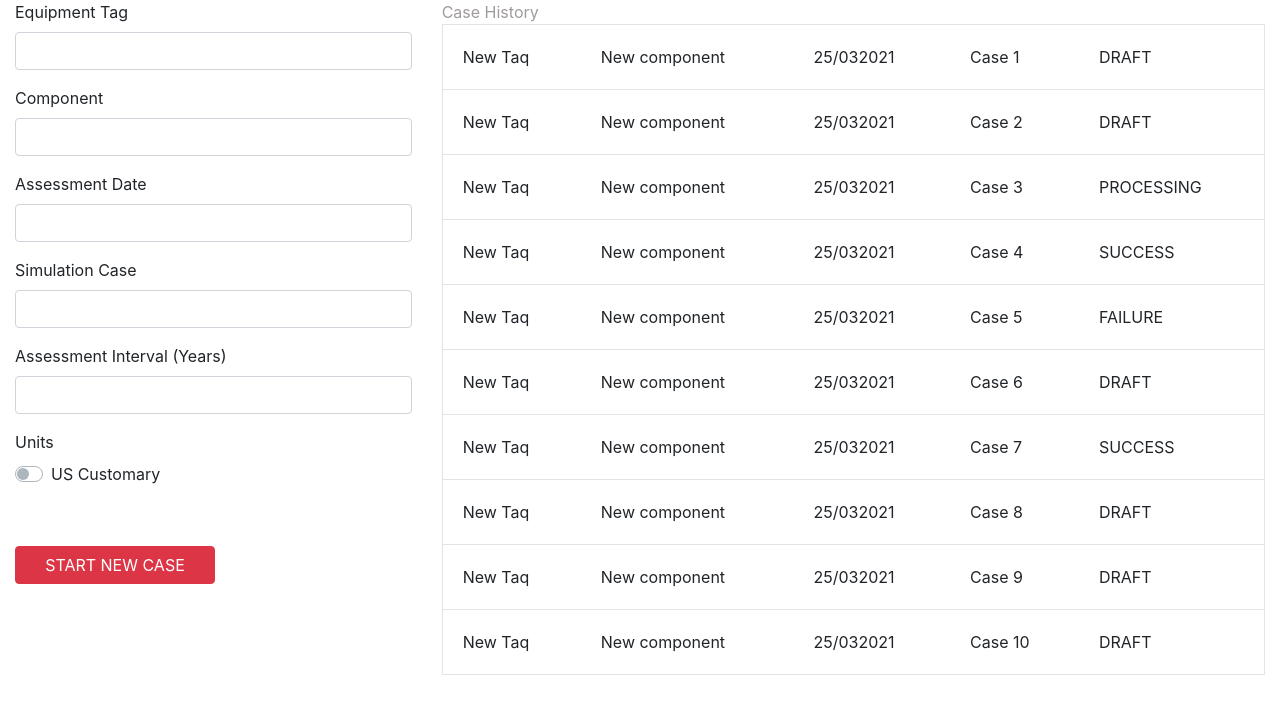
Repository: arif286/dashboard
Page: /
An editor plug-in stored every save of this project. The page is shown before and after the next save, followed by the edit.
The browser window is 1280 px wide. The pictures show the whole page.
The project was rebuilt for these pictures with package versions that can differ from the ones it lists, and the page was loaded fresh each time. The framework's server and built-in components were replaced by stand-ins that run in the browser. Also part of the build but not shown: nuxt.config.js, components/Nav.vue.

Above is the page before, as saved 2021-06-18 19:12:45.

### components/Form.vue
<template>
  <div>
    <form class="Assessment-input" action="">
      <div class="mb-3">
        <label for="Input1" class="form-label">Equipment Tag</label>
        <input id="Input1" type="text" class="form-control">
      </div>
      <div class="mb-3">
        <label for="Input2" class="form-label">Component</label>
        <input id="Input2" type="text" class="form-control">
      </div>
      <div class="mb-3">
        <label for="Input3" class="form-label">Assessment Date</label>
        <input id="Input3" type="text" class="form-control">
      </div>
      <div class="mb-3">
        <label for="Input4" class="form-label">Simulation Case</label>
        <input id="Input4" type="text" class="form-control">
      </div>
      <div class="mb-3">
        <label for="Input5" class="form-label">Assessment Interval (Years)</label>
        <input id="Input5" type="text" class="form-control">
      </div>
      <div>
        <label for="Input5" class="form-label">Units</label>
        <b-form-checkbox v-model="checked" name="check-button" switch>
          US Customary
        </b-form-checkbox>
      </div>
      <b-button class="submit-button" type="submit" variant="danger">
        START NEW CASE
      </b-button>
    </form>
  </div>
</template>
<script>
export default {
  data () {
    return {
      form: {
        email: '',
        name: '',
        food: null,
        checked: []
      },
      foods: [
        { text: 'Select One', value: null },
        'Carrots',
        'Beans',
        'Tomatoes',
        'Corn'
      ],
      show: true,
      checked: false
    }
  },
  methods: {
    onSubmit (event) {
      event.preventDefault()
      alert(JSON.stringify(this.form))
    }
  }
}
</script>
<style>
.submit-button {
  width: 200px;
  margin-top: 60px;
}
.Assessment-input input:focus {
  border-color: red;
  box-shadow: none;
}
</style>

### components/Table.vue
<template>
  <div>
    <p class="title">
      Case History
    </p>
    <table class="w-100 table-border">
      <!-- <thead>
        <tr>
          <th className="text-secondary" scope="col">
            Name
          </th>
          <th className="text-secondary" scope="col">
            Email Id
          </th>
          <th className="text-secondary" scope="col">
            Service
          </th>
          <th className="text-secondary" scope="col">
            pay with
          </th>
          <th className="text-secondary" scope="col">
            status
          </th>
        </tr>
      </thead> -->
      <tbody>
        <tr v-for="item in data" :key="item.id">
          <td>{{ item.equipmentTag }}</td>
          <td>{{ item.component }}</td>
          <td>{{ item.assessmentDate }}</td>
          <td>Case {{ item.case }}</td>
          <td>{{ item.status }}</td>
        </tr>
      </tbody>
    </table>
  </div>
</template>

<script>
export default {
  props: {
    data: {
      type: Array,
      required: true
    }
  }
}
</script>
<style scoped>

.table-border tr{
 border: 1px solid #e6e2e2;
}
.table-border td{
  padding: 20px;
}
.title{
  margin-bottom: 0px;
  color: #a09b9b;
}
</style>

### pages/index.vue
<template>
  <div class="container">
    <div class="row">
      <div class="col-4">
        <Form />
      </div>
      <div class="col-8">
        <Table :data="dashboardData" />
      </div>
    </div>
  </div>
</template>

<script>
import { dashboardData } from '@/assets/dashboard.js'
// eslint-disable-next-line semi
export default {
  data () {
    return { dashboardData }
  }
}
</script>

<style>
.container {
  max-width: 1760px;
}
</style>

### assets/dashboard.js
export const dashboardData = [
  {
    id: 1,
    equipmentTag: 'New Taq',
    component: 'New component',
    assessmentDate: '25/032021',
    case: 1,
    status: 'DRAFT'
  },
  {
    id: 2,
    equipmentTag: 'New Taq',
    component: 'New component',
    assessmentDate: '25/032021',
    case: 2,
    status: 'DRAFT'
  },
  {
    id: 3,
    equipmentTag: 'New Taq',
    component: 'New component',
    assessmentDate: '25/032021',
    case: 3,
    status: 'PROCESSING',
    copy: true
  },
  {
    id: 4,
    equipmentTag: 'New Taq',
    component: 'New component',
    assessmentDate: '25/032021',
    case: 4,
    status: 'SUCCESS',
    copy: true
  },
  {
    id: 5,
    equipmentTag: 'New Taq',
    component: 'New component',
    assessmentDate: '25/032021',
    case: 5,
    status: 'FAILURE',
    copy: true
  },
  {
    id: 6,
    equipmentTag: 'New Taq',
    component: 'New component',
    assessmentDate: '25/032021',
    case: 6,
    status: 'DRAFT'
  },
  {
    id: 7,
    equipmentTag: 'New Taq',
    component: 'New component',
    assessmentDate: '25/032021',
    case: 7,
    status: 'SUCCESS',
    copy: true
  },
  {
    id: 8,
    equipmentTag: 'New Taq',
    component: 'New component',
    assessmentDate: '25/032021',
    case: 8,
    status: 'DRAFT'
  },
  {
    id: 9,
    equipmentTag: 'New Taq',
    component: 'New component',
    assessmentDate: '25/032021',
    case: 9,
    status: 'DRAFT'
  },
  {
    id: 10,
    equipmentTag: 'New Taq',
    component: 'New component',
    assessmentDate: '25/032021',
    case: 10,
    status: 'DRAFT'
  }
]

Loaded but not shown: layouts/default.vue (common file)

After the next save:
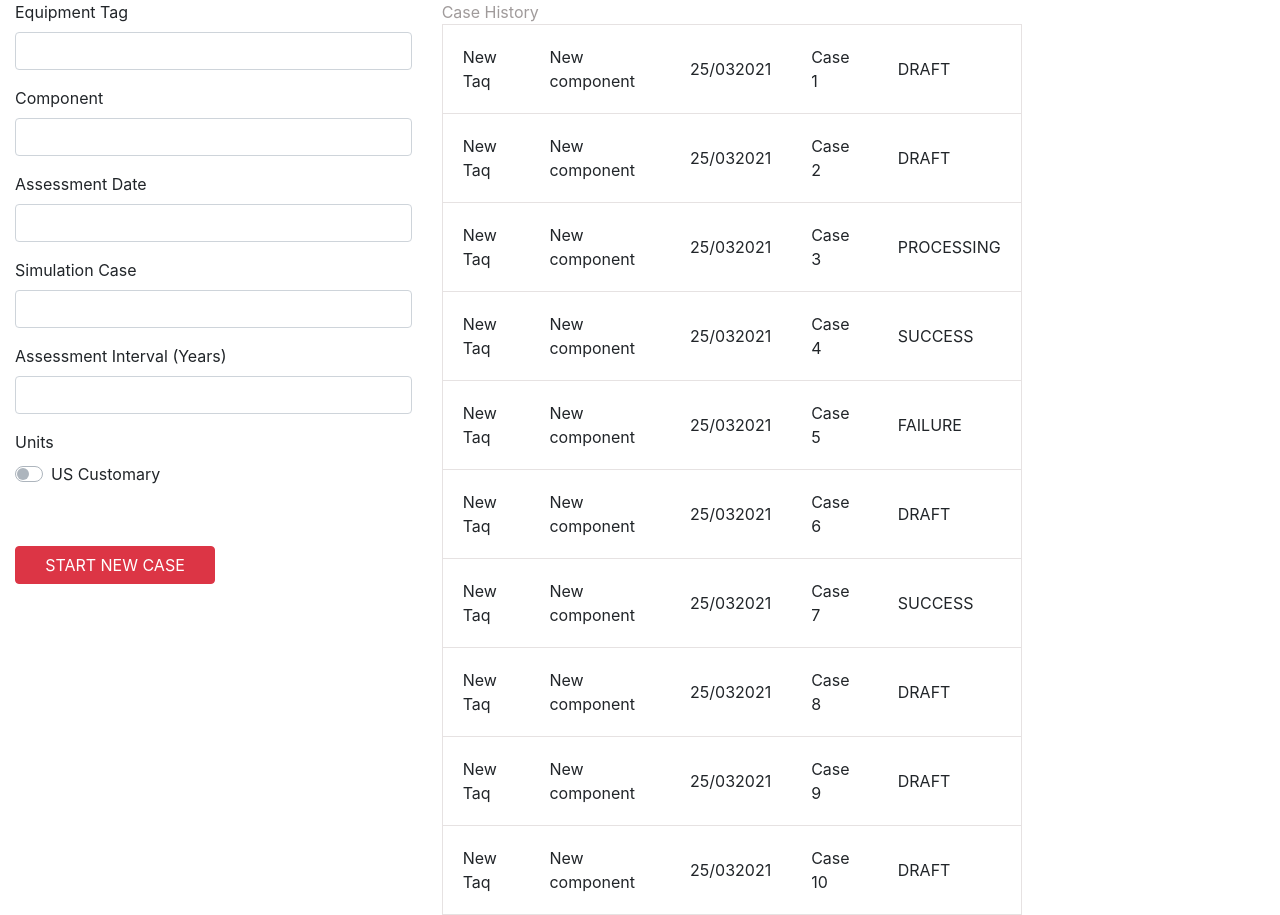
Saved 119 s later.
--- a/components/Table.vue
+++ b/components/Table.vue
@@ -1,5 +1,5 @@
 <template>
-  <div>
+  <div class="table-contain">
     <p class="title">
       Case History
     </p>
@@ -58,4 +58,8 @@ export default {
   margin-bottom: 0px;
   color: #a09b9b;
 }
+.table-contain {
+  width: 580px;
+  overflow-x: auto;
+}
 </style>
